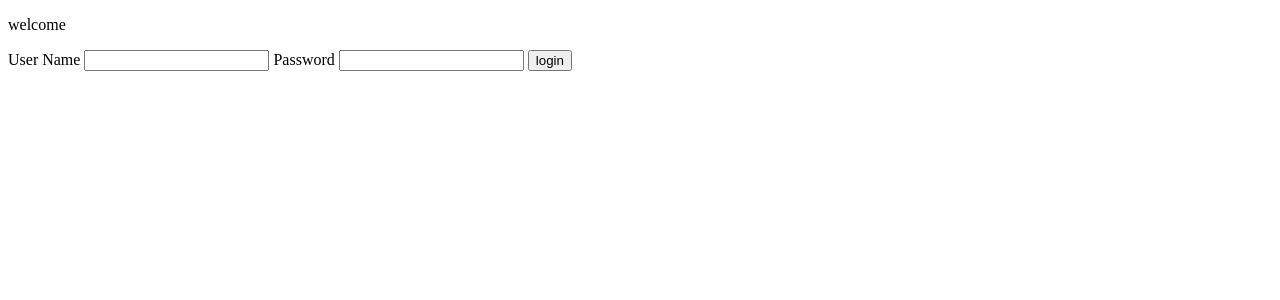
Repository: venkatesakki/JavaDeveloper
Page: javascript_example/src/main/webapp/welcome.html
These files come from the project's save history. The page is drawn as it stood at one moment and after the next save; the edit follows.
The browser window is 1280 px wide. The pictures show the whole page.

Above is the page before, as saved 2022-06-28 10:11:49.

After the next save:
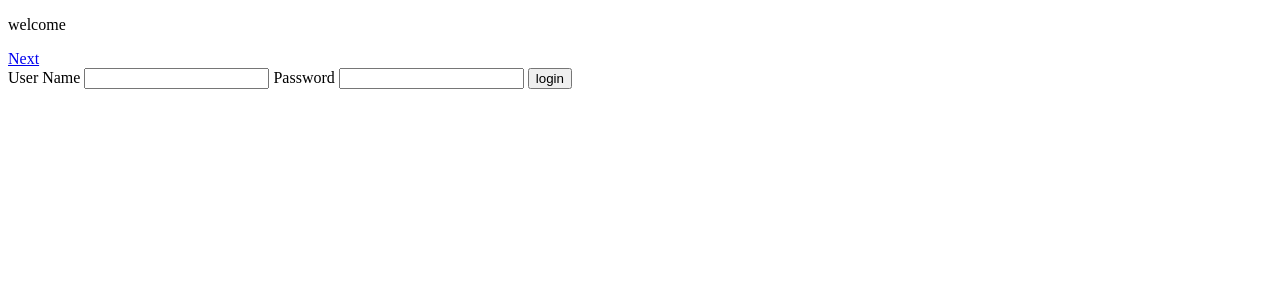
Saved 81 s later.
--- a/javascript_example/src/main/webapp/welcome.html
+++ b/javascript_example/src/main/webapp/welcome.html
@@ -6,7 +6,7 @@
 </head>
 <body>
 <p>welcome</p>
-
+<a href="welcome.html">Next</a>
 <form action="">
 	<label for="userName">User Name</label>
 	<input type="text" name="userName"  id="userName"/><span id="msg"></span>
